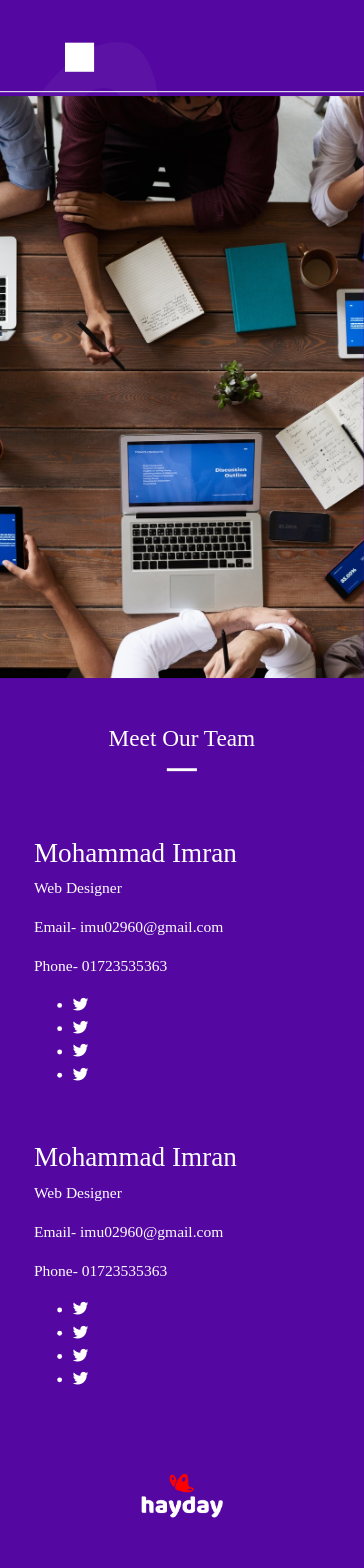
Repository: im1971/company-web
Page: team.html
The author's editor kept a copy of each file at every save. The page is drawn from the files as they stood at one save, then again after the next save.
The browser window is 375 px wide. The pictures show the whole page, at 97% of full size.
Some web fonts or font styles are not loaded; a fallback is used.

Above is the page before, as saved 2020-01-28 12:22:07.

### team.html
<!DOCTYPE html>
<html>

<head>
    <title>hayday</title>
    <link rel="shortcut icon" type="img/x-icon" href="img/fav.png" />
    <link rel="stylesheet" href="css/mdb.min.css">
    <link rel="stylesheet" href="css/bootstrap.min.css">
    <link rel="stylesheet" href="css/fontawesome.min.css">
    <link rel="stylesheet" href="css/all.min.css">
    <link rel="stylesheet" href="css/style.css">
    <!-- fonts -->
    <link href="https://fonts.googleapis.com/css?family=Baloo+Bhai&display=swap" rel="stylesheet">
    <!-- fonts -->

</head>

<body>

    <div class="wrap_hayday">
        <div class="back_img"></div>
        <div class="container-fluid">
            <div class="row justify-content-center pb-1">
                <div class="col-md-12">
                    <nav class="navbar navbar-expand-lg">
                        <button class="navbar-toggler" type="button" data-toggle="collapse" data-target="#navbarSupportedContent" aria-controls="navbarSupportedContent" aria-expanded="false" aria-label="Toggle navigation">
                          <span class="navbar-toggler-icon"></span>
                        </button>

                        <div class="collapse navbar-collapse" id="navbarSupportedContent">

                            <ul class="navbar-nav m-auto text-uppercase">
                                <li class="nav-item active">
                                    <a class="nav-link" href="index.html">Home</a>
                                </li>
                                <li class="nav-item">
                                    <a class="nav-link" href="team.html">Team</a>
                                </li>
                                <li class="nav-item">
                                    <a class="nav-link" href="#">SCHEDULE</a>
                                </li>
                                <li class="nav-item">
                                    <a class="nav-link" href="#">Events</a>
                                </li>
                                <li class="nav-item">
                                    <a class="nav-link" href="#">About</a>
                                </li>
                                <li class="nav-item">
                                    <a class="nav-link" href="workWithUs.html">Work With us</a>
                                </li>
                            </ul>
                        </div>
                    </nav>
                </div>
                <div class="col-md-6 border_deco pt-3"></div>
            </div>
            <div class="row justify-content-center team">
                <div class="col-md-12 grid">
                    <div class="team_image"></div>
                </div>
                <div class="col-md-12 mt-5">
                    <div class="container">
                        <h4 class="text-center">Meet Our Team</h4>
                        <hr class="custom_hr mb-5">
                        <div class="row team_deco">
                            <div class="col-md-6">
                                <div class="row">
                                    <div class="col-md-5 pr-0">
                                        <div class="team_member_image_1"></div>
                                    </div>
                                    <div class="col-md-7 pl-0">
                                        <div class="card-body">
                                            <h3>Mohammad Imran</h3>
                                            <p>Web Designer</p>
                                            <p>Email- imu02960@gmail.com</p>
                                            <p>Phone- 01723535363</p>
                                            <ul>
                                                <li><i class="fab fa-twitter"></i></li>
                                                <li><i class="fab fa-twitter"></i></li>
                                                <li><i class="fab fa-twitter"></i></li>
                                                <li><i class="fab fa-twitter"></i></li>
                                            </ul>
                                        </div>
                                    </div>
                                </div>
                            </div>
                            <div class="col-md-6">
                                <div class="row">
                                    <div class="col-md-7 pl-0">
                                        <div class="card-body">
                                            <h3>Mohammad Imran</h3>
                                            <p>Web Designer</p>
                                            <p>Email- imu02960@gmail.com</p>
                                            <p>Phone- 01723535363</p>
                                            <ul>
                                                <li><i class="fab fa-twitter"></i></li>
                                                <li><i class="fab fa-twitter"></i></li>
                                                <li><i class="fab fa-twitter"></i></li>
                                                <li><i class="fab fa-twitter"></i></li>
                                            </ul>
                                        </div>
                                    </div>
                                    <div class="col-md-5 pr-0">
                                        <div class="team_member_image_2"></div>
                                    </div>
                                </div>
                            </div>
                        </div>
                    </div>
                </div>
            </div>
            <div class="row justify-content-end my-5">
                <div class="col-md-4 m-autp">
                    <div class="middle_body">
                        <div class="logo">
                            <img src="img/logo.png" alt="" style="height: 50px">
                        </div>
                        <!-- <p>Read about our Inspiration</p> -->
                    </div>
                </div>
            </div>
        </div>
    </div>
    </div>



    <!-- <script src="https://code.jquery.com/jquery-3.4.1.slim.min.js" integrity="sha384-J6qa4849blE2+poT4WnyKhv5vZF5SrPo0iEjwBvKU7imGFAV0wwj1yYfoRSJoZ+n" crossorigin="anonymous"></script>
    <script src="https://cdn.jsdelivr.net/npm/popper.js@1.16.0/dist/umd/popper.min.js" integrity="sha384-Q6E9RHvbIyZFJoft+2mJbHaEWldlvI9IOYy5n3zV9zzTtmI3UksdQRVvoxMfooAo" crossorigin="anonymous"></script>
    <script src="https://stackpath.bootstrapcdn.com/bootstrap/4.4.1/js/bootstrap.min.js" integrity="sha384-wfSDF2E50Y2D1uUdj0O3uMBJnjuUD4Ih7YwaYd1iqfktj0Uod8GCExl3Og8ifwB6" crossorigin="anonymous"></script> -->

    <script type="text/javascript" src="js/jquery.min.js"></script>
    <!-- Bootstrap tooltips -->
    <script type="text/javascript" src="js/popper.min.js"></script>
    <!-- Bootstrap core JavaScript -->
    <script type="text/javascript" src="js/bootstrap.min.js"></script>
    <!-- MDB core JavaScript -->
    <script type="text/javascript" src="js/mdb.min.js"></script>


</body>

</html>

### css/style.css
body {
    padding: 0;
    margin: 0;
    background: #5407A1;
    color: #fff !important;
    font-family: 'Baloo Bhai', cursive;
    position: relative;
}


/* global */

html {
    overflow: scroll;
    overflow-x: hidden;
}

::-webkit-scrollbar {
    width: 0px;
    background: transparent;
}


/* Optional: show position indicator in red */

::-webkit-scrollbar-thumb {
    background: #FF0000;
}


/* global */

.back_img {
    background-image: url(../img/back.png);
    height: 350px;
    width: 600px;
    position: absolute;
    background-position: center center;
    background-size: cover;
    opacity: 5%;
    /* top: 30%; */
    right: 0;
}


/* header */

.wrap_hayday .navbar {
    box-shadow: none;
}

.wrap_hayday .container-fluid {
    min-height: 100vh;
}

.wrap_hayday nav .nav-link {
    padding-right: 15px !important;
    padding-left: 15px !important;
    color: #fff;
    font-family: 'Baloo Bhai', cursive;
}

.wrap_hayday .border_deco {
    border-bottom: .25px solid #fff;
}

.wrap_hayday nav .nav-link:hover {
    color: #FF0000;
    transition-duration: 0.5s;
}

.wrap_hayday .navbar {
    padding: 40px;
    padding-bottom: 0;
}


/* header */


/* middle body */

.wrap_hayday .middle_body {
    text-align: center;
}

.wrap_hayday .middle_body .logo img {
    height: 100px;
}

.wrap_hayday .others_page_middle {
    text-align: center;
    position: absolute;
    right: 30px;
    bottom: 0;
}

.wrap_hayday .others_page_middle img {
    height: 70px;
}


/* middle body */


/* footer-body */

.myprogress {
    min-width: 100%;
    margin: 0px auto;
    text-align: center;
}

.myprogress .circle {
    display: inline-block;
    background: #fff;
    width: 50px;
    height: 50px;
    border-radius: 80px;
    border: 1px solid #d5d5da;
    cursor: pointer;
}

.myprogress .circle:hover {
    background: #FF0000;
    color: #5407A1;
    transition-duration: 0.5s;
}

.myprogress .bar {
    position: relative;
    width: 100px;
    padding-right: 15px;
    font-family: none;
    /* height: 2px; */
    /* top: 10px; */
    /* border: 0px solid #fff; */
}

.myprogress .circle .label {
    display: inline-block;
    width: 40px;
    height: 40px;
    line-height: 30px;
    border-radius: 40px;
    font-size: 24px;
}

.myprogress .circle .title {
    color: #5407A1;
    font-size: 24px;
    line-height: 50px;
    cursor: pointer;
}

.myprogress .circle .title:hover {
    color: #fff;
}

.myprogress i {
    font-size: 11px;
}

.myprogress .abc {
    animation: pulse 1s infinite;
    color: #FF0000;
}

.myprogress .pulse {
    -webkit-animation-duration: 3s;
    -webkit-animation-delay: 2s;
    -webkit-animation-iteration-count: 5;
}


/* footer-body */


/* about hayday */

.accordion .card-header {
    padding: 0;
    background: #5407A1;
    margin-bottom: 0;
}

.accordion .card-header .btn-link {
    color: #fff;
    padding: 0;
}

.accordion .card {
    border: none;
    border-radius: 0;
}

.accordion i {
    position: absolute;
    right: 10px;
    top: 5px;
}

.accordion p {
    color: #000;
    font-family: serif;
    font-size: 15px;
}

.accordion h4 {
    color: #000;
    font-family: serif;
    font-weight: 700 !important;
    font-size: 22px;
}


/* about hayday */


/* work with us */

.outreach table.table th,
table.table td {
    padding: 3px 20px;
    color: #fff;
    border: none;
    font-family: auto;
}


/* work with us */


/* team */

.team .grid {
    padding-left: 0;
    padding-right: 0;
}

.team .team_image {
    background-image: url(../img/team/team-back.jpg);
    height: 600px;
    background-position: center center;
    background-size: cover;
}

.team .custom_hr {
    border-top: 3px solid #fff !important;
    width: 10% !important;
}

.team img {
    border-radius: 50%;
    margin: auto;
    border: 3px solid #dcdcdc;
}

.team .team_managemt img {
    height: 300px;
    width: 300px;
}

.team .team_volounteer img {
    height: 200px;
    width: 200px;
}

.team .wrap_team {
    display: flex;
    flex-direction: column;
    font-family: auto;
}


/* team */

.sponsor_footer p {
    font-family: auto;
    font-size: 14px;
}

.sponsor_footer p b {
    color: #FF0000;
}


/* media query */

@media (min-width: 1367px) {
    .sponsor_footer p {
        font-size: 18px;
        margin-top: 40px;
    }
    .outreach table.table th,
    table.table td,
    .accordion p,
    .myprogress .bar {
        font-size: 18px;
    }
    .outreach h4 {
        margin-top: 30px;
        margin-bottom: 20px;
    }
    .accordion .card-header .btn-link {
        font-size: 22px;
    }
    .accordion {
        margin-top: 30px;
    }
    .wrap_hayday .middle_body .logo img {
        height: 145px;
    }
    .wrap_hayday .middle_body p {
        font-size: 22px;
    }
    .wrap_hayday .step_command {
        font-family: auto;
        font-size: 22px;
    }
}

@media (max-width: 567px) {
    button {
        background: red;
    }
    .navbar-toggler-icon {
        background: #fff;
    }
    .wrap_hayday .middle_body .logo img {
        height: 200px;
    }
}

Loaded but not shown: css/mdb.min.css (library); css/bootstrap.min.css (library); css/fontawesome.min.css (library); css/all.min.css (library); js/jquery.min.js (library); js/popper.min.js (library); js/bootstrap.min.js (library); js/mdb.min.js (library)

After the next save:
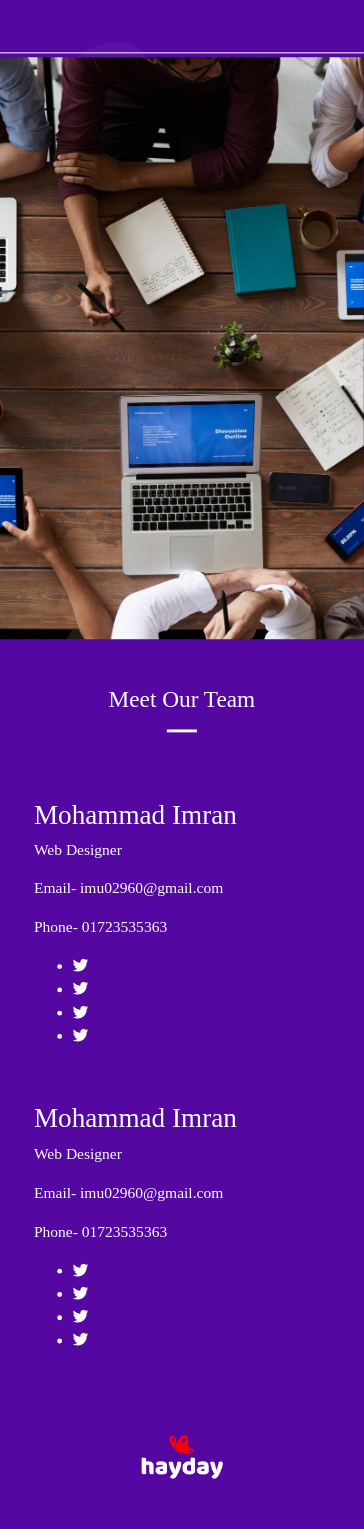
Saved 66 s later.
--- a/css/style.css
+++ b/css/style.css
@@ -321,11 +321,8 @@ table.table td {
 }
 
 @media (max-width: 567px) {
-    button {
-        background: red;
-    }
-    .navbar-toggler-icon {
-        background: #fff;
+    .wrap_hayday .navbar {
+        padding: 0;
     }
     .wrap_hayday .middle_body .logo img {
         height: 200px;
